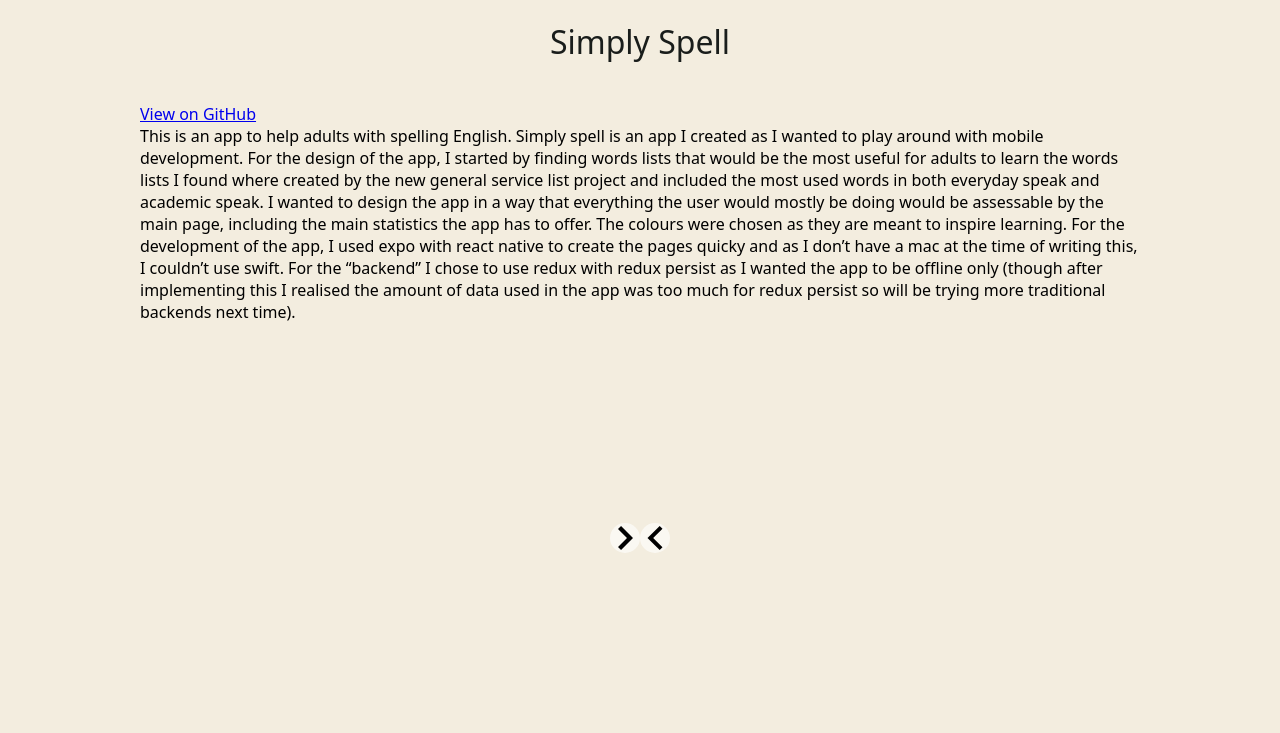
Repository: David-Waite/simpleespellwebsite
Page: /
An editor plug-in stored every save of this project. The page is shown before and after the next save, followed by the edit.
The browser window is 1280 px wide. The pictures show the whole page.
The project was rebuilt for these pictures with package versions that can differ from the ones it lists, and the page was loaded fresh each time.

Above is the page before, as saved 2023-07-27 19:18:41.

### src/index.css
* {
  margin: 0;
  padding: 0;
  font-family: system-ui, -apple-system, BlinkMacSystemFont, "Segoe UI", Roboto,
    Oxygen, Ubuntu, Cantarell, "Open Sans", "Helvetica Neue", sans-serif;
}

body {
  background-color: #f3eddf;

  padding: 20px;
}

.container {
  display: flex;
  flex-direction: column;
  align-items: center;
  max-width: 1000px;
  margin: 0 auto;
  overflow: hidden;
  gap: 40px;
}

h1 {
  text-align: center;
  font-weight: 300;
  color: #191d1b;
}

.each-slide-effect > div {
  display: flex;
  align-items: center;
  justify-content: center;
  background-size: cover;
  height: 350px;
}

.each-slide-effect span {
  padding: 20px;
  font-size: 20px;
  background: #efefef;
  text-align: center;
}

### src/App.js
import React from "react";
import { Slide } from "react-slideshow-image";
import "react-slideshow-image/dist/styles.css";

import "react-slideshow-image/dist/styles.css";

export default function App() {
  const images = [
    "../simplySpell1.PNG",
    "../simplySpell2.PNG",
    "../simplySpell3.PNG",
    "../simplySpell4.PNG",
    "../simplySpell5.PNG",
    "../simplySpell6.PNG",
    "../simplySpell7.PNG",
    "../simplySpell8.PNG",
    "../simplySpell9.PNG",
  ];

  return (
    <div className="container">
      <h1>Simply Spell</h1>

      <div>
        <a href="https://github.com/David-Waite/SpellingApp">View on GitHub</a>
        <p>
          This is an app to help adults with spelling English. Simply spell is
          an app I created as I wanted to play around with mobile development.
          For the design of the app, I started by finding words lists that would
          be the most useful for adults to learn the words lists I found where
          created by the new general service list project and included the most
          used words in both everyday speak and academic speak. I wanted to
          design the app in a way that everything the user would mostly be doing
          would be assessable by the main page, including the main statistics
          the app has to offer. The colours were chosen as they are meant to
          inspire learning. For the development of the app, I used expo with
          react native to create the pages quicky and as I don’t have a mac at
          the time of writing this, I couldn’t use swift. For the “backend” I
          chose to use redux with redux persist as I wanted the app to be
          offline only (though after implementing this I realised the amount of
          data used in the app was too much for redux persist so will be trying
          more traditional backends next time).
        </p>
      </div>
      <Slide>
        <div className="each-slide-effect">
          <div style={{ backgroundImage: `url(${images[0]})` }}>
            <span>Slide 1</span>
          </div>
        </div>
        <div className="each-slide-effect">
          <div style={{ backgroundImage: `url(${images[1]})` }}>
            <span>Slide 2</span>
          </div>
        </div>
        <div className="each-slide-effect">
          <div style={{ backgroundImage: `url(${images[2]})` }}>
            <span>Slide 3</span>
          </div>
        </div>
      </Slide>
    </div>
  );
}

Loaded but not shown: public/index.html (common file); src/index.js (common file); src/reportWebVitals.js (common file)

After the next save:
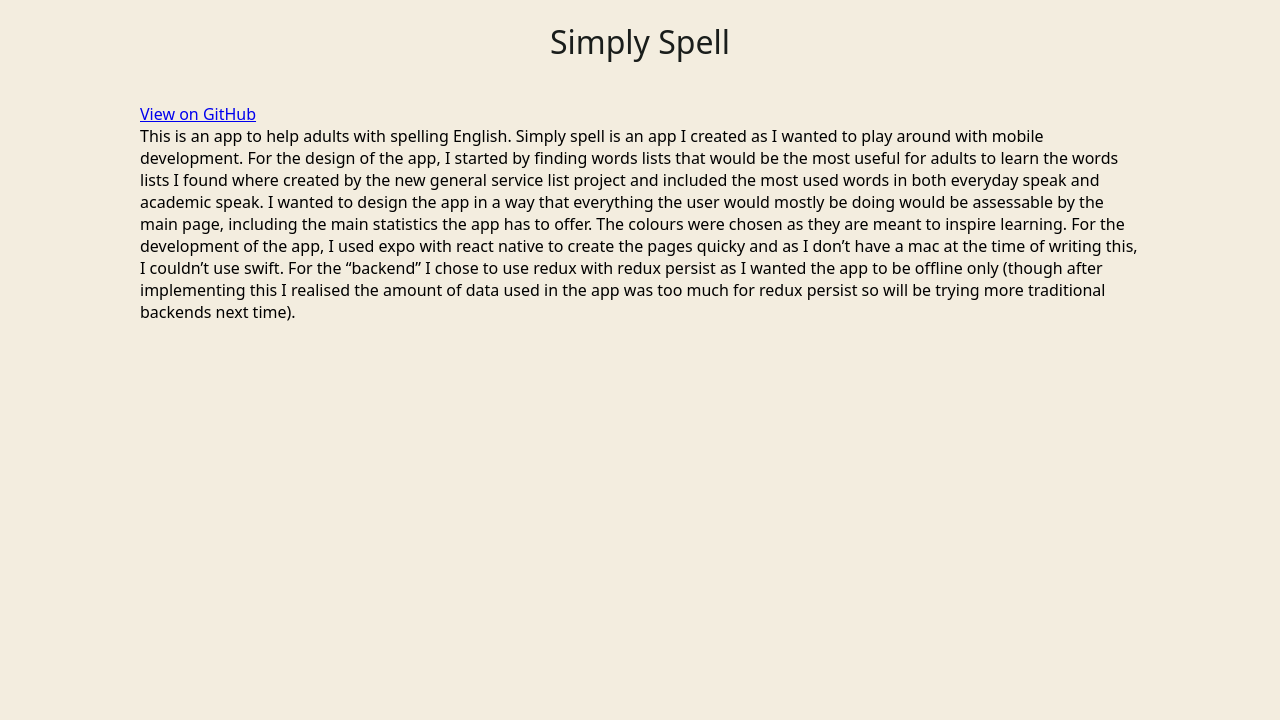
Saved 29 s later.
--- a/src/App.js
+++ b/src/App.js
@@ -42,23 +42,6 @@
           more traditional backends next time).
         </p>
       </div>
-      <Slide>
-        <div className="each-slide-effect">
-          <div style={{ backgroundImage: `url(${images[0]})` }}>
-            <span>Slide 1</span>
-          </div>
-        </div>
-        <div className="each-slide-effect">
-          <div style={{ backgroundImage: `url(${images[1]})` }}>
-            <span>Slide 2</span>
-          </div>
-        </div>
-        <div className="each-slide-effect">
-          <div style={{ backgroundImage: `url(${images[2]})` }}>
-            <span>Slide 3</span>
-          </div>
-        </div>
-      </Slide>
     </div>
   );
 }

After the save that followed:
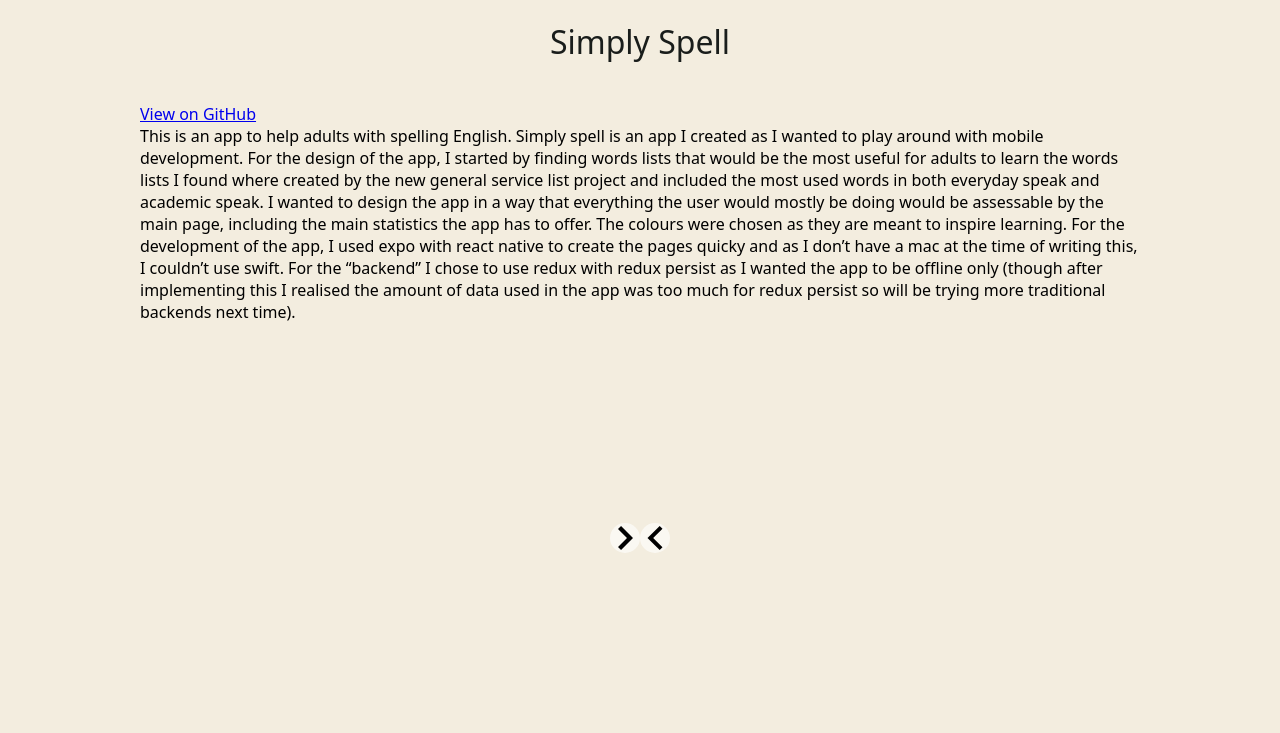
Saved 10 s later.
--- a/src/App.js
+++ b/src/App.js
@@ -1,7 +1,5 @@
 import React from "react";
 import { Slide } from "react-slideshow-image";
-import "react-slideshow-image/dist/styles.css";
-
 import "react-slideshow-image/dist/styles.css";
 
 export default function App() {
@@ -42,6 +40,23 @@
           more traditional backends next time).
         </p>
       </div>
+      <Slide>
+        <div className="each-slide-effect">
+          <div style={{ backgroundImage: `url(${images[0]})` }}>
+            <span>Slide 1</span>
+          </div>
+        </div>
+        <div className="each-slide-effect">
+          <div style={{ backgroundImage: `url(${images[1]})` }}>
+            <span>Slide 2</span>
+          </div>
+        </div>
+        <div className="each-slide-effect">
+          <div style={{ backgroundImage: `url(${images[2]})` }}>
+            <span>Slide 3</span>
+          </div>
+        </div>
+      </Slide>
     </div>
   );
 }
